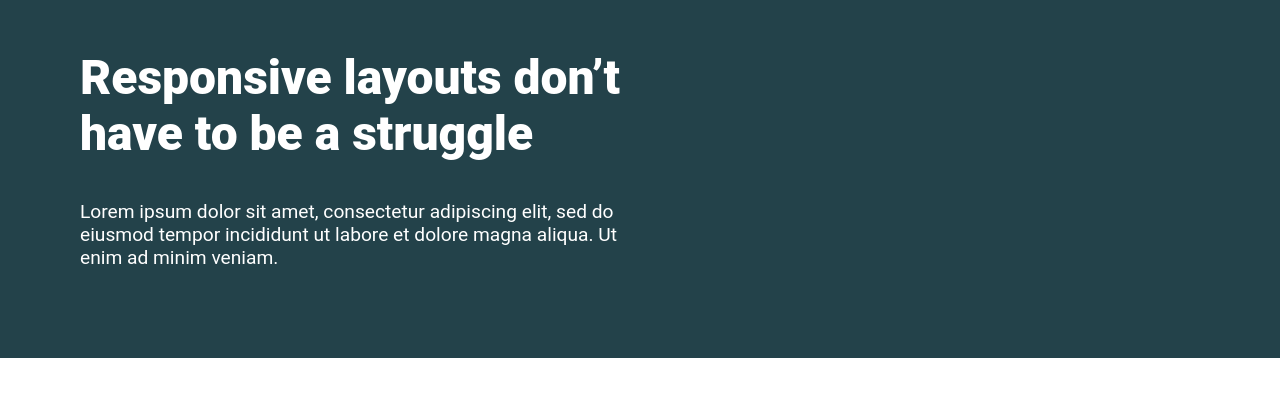
Repository: GregG21/Kevin-Powell-21-day-challange
Page: Day 5/index.html
An editor plug-in stored every save of this project. The page is shown before and after the next save, followed by the edit.
The browser window is 1280 px wide. The pictures show the whole page.
The style sheet was rebuilt from its Sass, Less or Tailwind sources for each picture, by a compiler version that may differ from the author's.

Above is the page before, as saved 2020-09-09 18:33:52.

### Day 5/index.html
<!DOCTYPE html>
<html lang="en">
<head>
    <meta charset="UTF-8">
    <meta name="viewport" content="width=device-width, initial-scale=1.0">
    <title>Document</title>
    <link rel="stylesheet" href="/css/style.css">
</head>
<body>
    <div class="container">
        <div class="hero">
        <h1>Responsive layouts don’t have to be a struggle</h1>
        <p>Lorem ipsum dolor sit amet, consectetur adipiscing elit, sed do eiusmod tempor incididunt ut labore et dolore magna aliqua. Ut enim ad minim veniam.</p>
    </div>
    </div>





</body>
</html>

### Day 5/style.scss
* {
    box-sizing: border-box;
    margin: 0;
    padding: 0;
}
h1,p {
    font-family: Roboto;
}


.container {
    background-color: #23424A;
    padding: 50px 5em;
}

.hero {
    width: 50%;

    h1{
        color: white;
        font-style: normal;
        font-weight: 900;
        font-size: 48px;
        line-height: 56px;

    }
    p{
        padding: 2em 0;
        color: white;
        font-size: 1.2rem;
    }



}

After the next save:
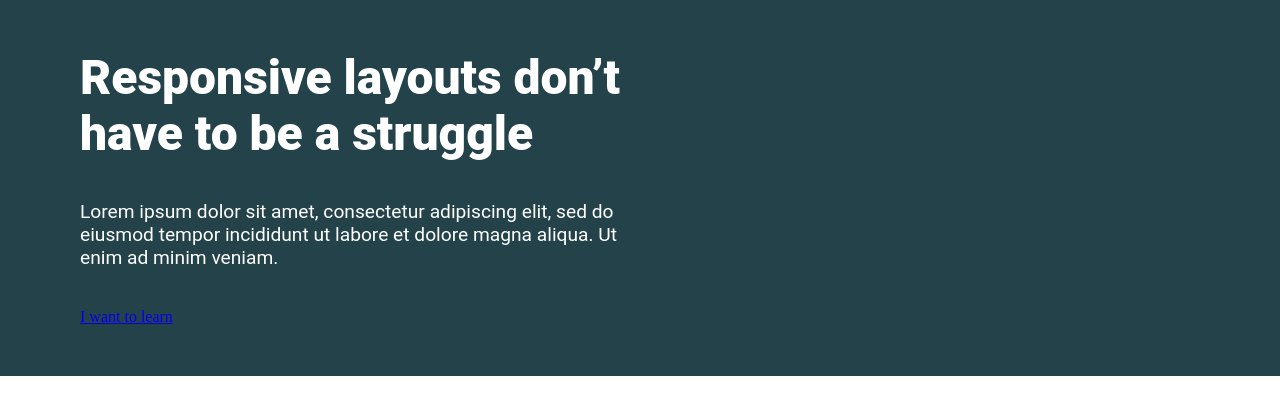
Saved 56 s later.
--- a/Day 5/index.html
+++ b/Day 5/index.html
@@ -11,6 +11,9 @@
         <div class="hero">
         <h1>Responsive layouts don’t have to be a struggle</h1>
         <p>Lorem ipsum dolor sit amet, consectetur adipiscing elit, sed do eiusmod tempor incididunt ut labore et dolore magna aliqua. Ut enim ad minim veniam.</p>
+        <a href="#" class="btn">I want to learn</a>
+
+
     </div>
     </div>
 
